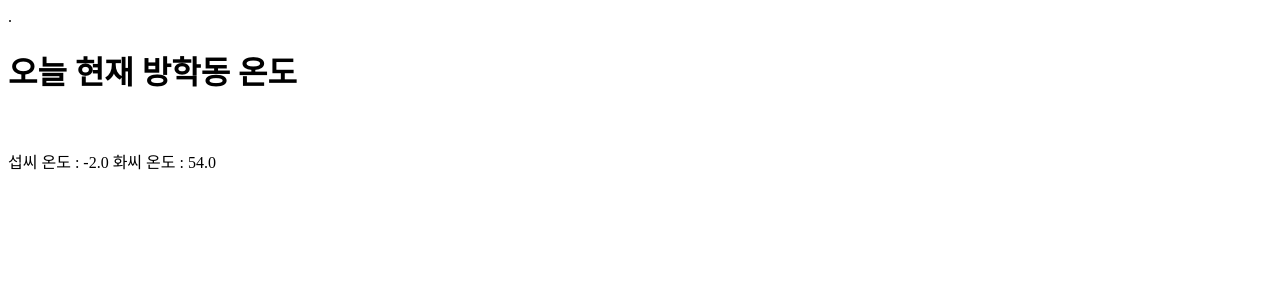
Repository: jjjjjjji-hun/jsp_practice
Page: http://localhost/JSPBasic/jspTag/TagQ04.jsp
An editor plug-in stored every save of this project. The page is shown before and after the next save, followed by the edit.
The browser window is 1280 px wide. The pictures show the whole page.
The page is served by Tomcat 9.

Above is the page before, as saved 2022-02-03 02:29:59.

### JSPBasic/src/main/webapp/jspTag/TagQ04.jsp

.<%@ page language="java" contentType="text/html; charset=UTF-8"
    pageEncoding="UTF-8"%>
<!DOCTYPE html>
<html>
<head>
<meta charset="UTF-8">
<title>Insert title here</title>
</head>
<body>
<%-- JSP주석은 이렇게 작성합니다.
JSP주석은 소스보기에 나타나지 않습니다. --%>
<!--  html 주석은 소스보기에 나타납니다. -->

<%-- 선언부를 이용해서 함수 및 변수를 만들어 보세요.
변수는 celcius 라는 이름의 double형 변수로 만들어주세요.
함수는 CtoF라는 이름의 double형 자료를 하나 입력받고
double형 자료를 리턴해주게 만들어주세요
celcius라는 함수는 오늘의 섭씨 온도로 초기화시켜주세요.
스크립트릿을 이용해서 celcius를 파라미터로 넘겨서 CtoF 함수를 호출해주세요.
함수를 호출한 결과를 out.println() 으로 화면에 표출시켜주시면 됩니다.
화씨 -> 섭씨 공식
(화씨 온도 - 32) / 1.8 = 섭씨 온도
화씨 온도 = (섭씨 온도 + 32) * 1.8
 --%>
 <%!
 double celcius = -2.0;
 double CtoF(){
	 double result = (celcius + 32) * 1.8;
	 return result;
 }
 %>

 <h1>오늘 현재 방학동 온도</h1><br/>
 <p>
 	섭씨 온도 : <%=celcius %>
 	화씨 온도 : <%=CtoF() %>
 </p>
</body>
</html>

After the next save:
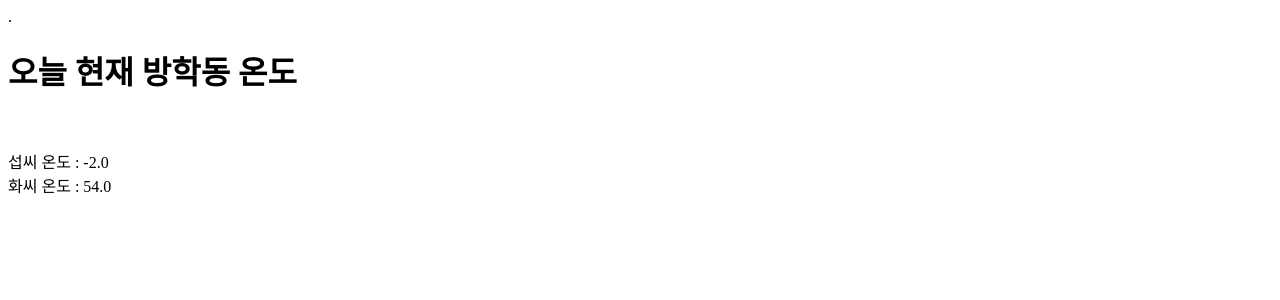
Saved 17 s later.
--- a/JSPBasic/src/main/webapp/jspTag/TagQ04.jsp
+++ b/JSPBasic/src/main/webapp/jspTag/TagQ04.jsp
@@ -33,7 +33,7 @@
 
  <h1>오늘 현재 방학동 온도</h1><br/>
  <p>
- 	섭씨 온도 : <%=celcius %>
+ 	섭씨 온도 : <%=celcius %><br/>
  	화씨 온도 : <%=CtoF() %>
  </p>
 </body>
